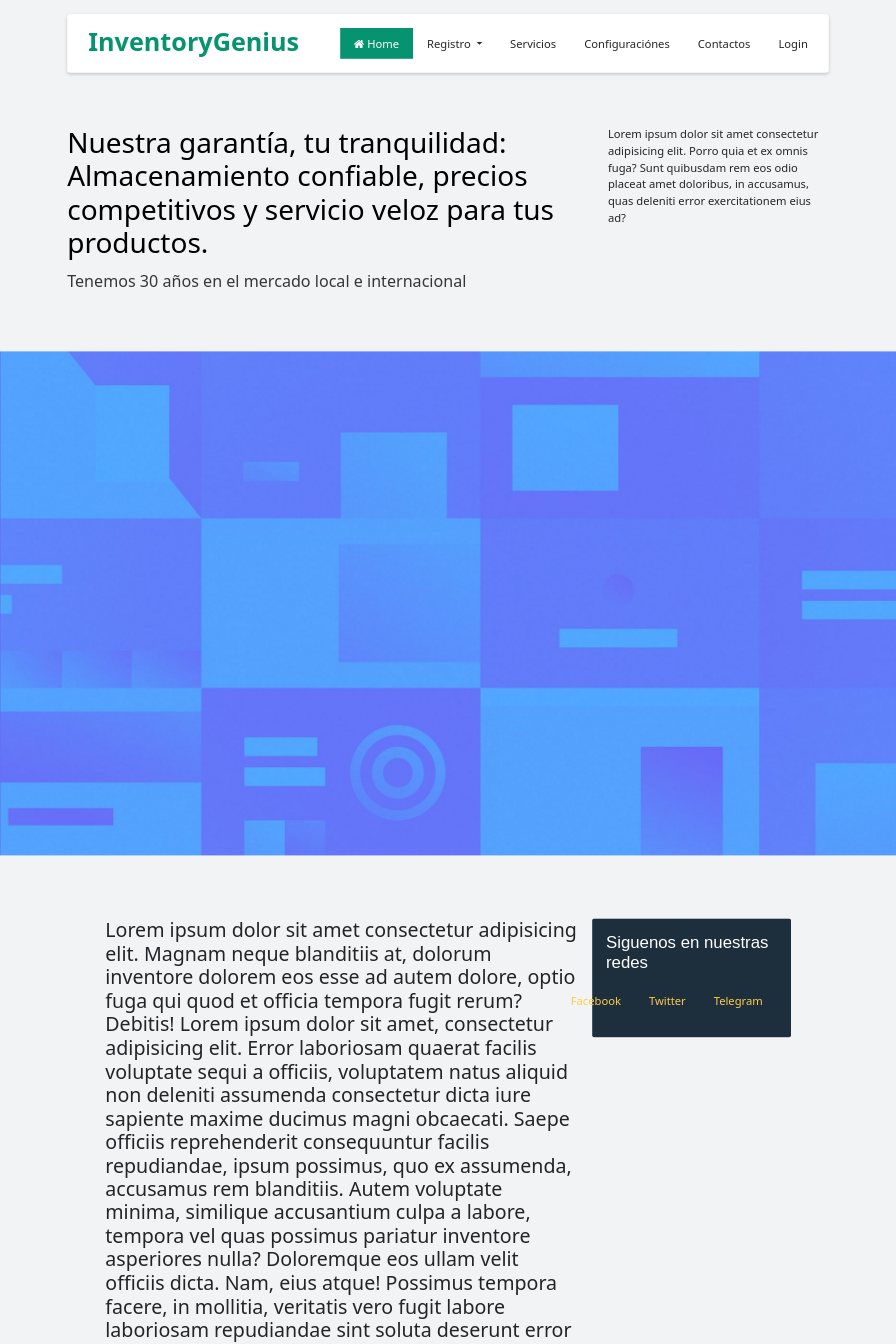
Repository: Sirius018/InventoryGenius
Page: http://localhost/Home
The author's editor kept a copy of each file at every save. The page is drawn from the files as they stood at one save, then again after the next save.
The browser window is 1280 px wide. The pictures show the part of the page from y = 0 to 1920 px (the page is 4127 px tall), at 70% of full size.
The page is this project's Thymeleaf template; nobody is signed in. The template is opened directly, without the code that normally fills it, so the values that code supplies are empty.

Above is the page before, as saved 2023-06-06 19:10:22.

After the next save:
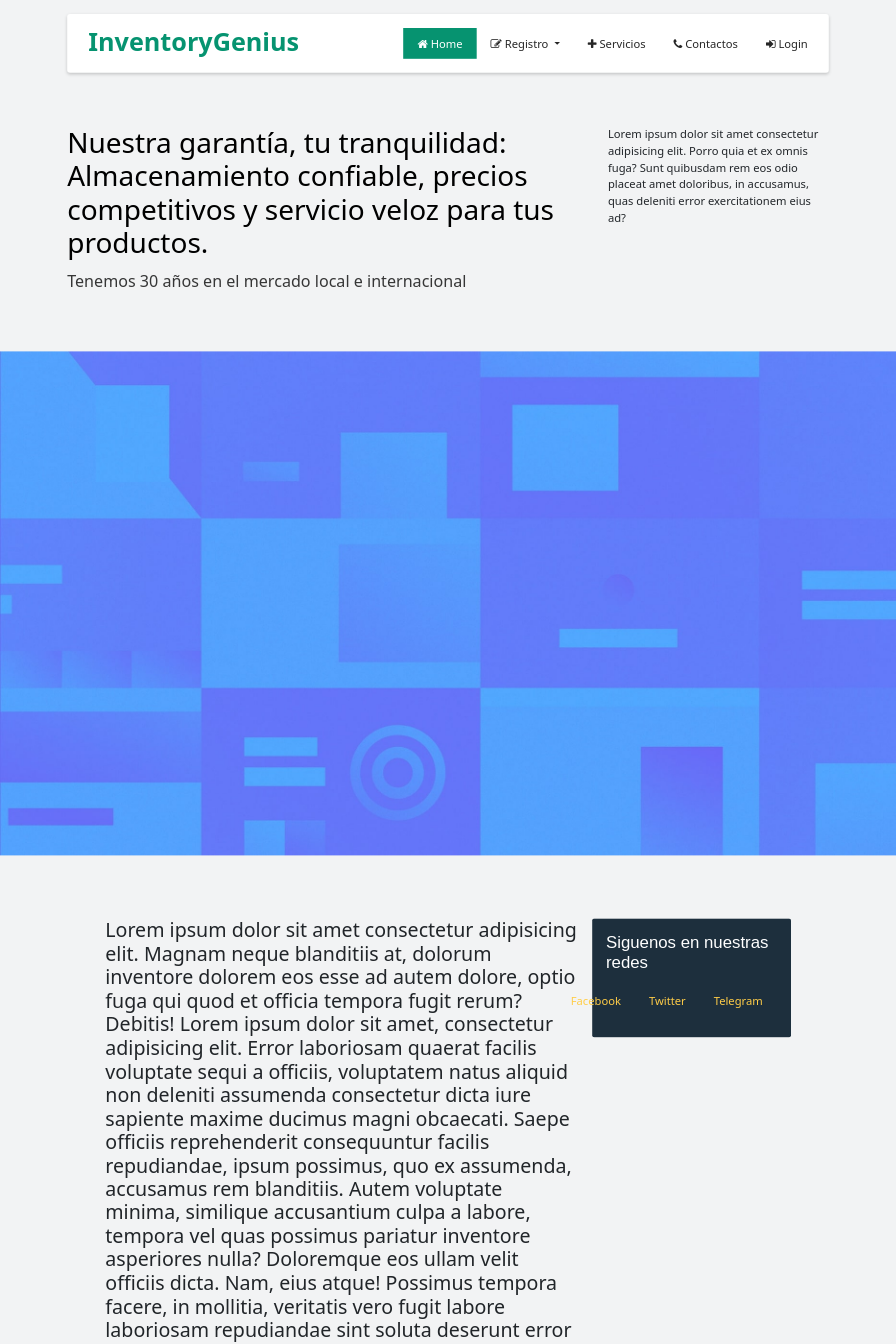
Saved 12 min 6 s later.
--- a/ADW/InventoryGenius/src/main/resources/templates/Home.html
+++ b/ADW/InventoryGenius/src/main/resources/templates/Home.html
@@ -9,7 +9,7 @@
     <link rel="stylesheet" href="path/to/font-awesome/css/font-awesome.min.css">
     <title>Home - Inventory Genius</title>
     <style>
-        /********************************** RESET PROPIEDADES **********************************/
+/********************************** RESET PROPIEDADES **********************************/
 * {
     margin: 0;
     padding: 0;
@@ -121,8 +121,11 @@ nav ul li a.active{
     }
 }
 
-
-
+.dropdown-item:hover{
+    background: #069370;
+    color: #fff;
+    transition: .5s;
+}
 
 
 
@@ -246,7 +249,8 @@ footer{
                     <li><a class="active" href="#"><i class="fa fa-home" aria-hidden="true"></i> Home</a></li>
                     <li class="nav-item dropdown">
                         <a class="dropdown-toggle" href="#" data-bs-toggle="dropdown" aria-expanded="false">
-                          Registro
+                            <i class="fa fa-pencil-square-o" aria-hidden="true"></i>
+                            Registro
                         </a>
                         <ul class="dropdown-menu">
                           <li><a class="dropdown-item" href="#">Proveedores</a></li>
@@ -255,10 +259,9 @@ footer{
 
                         </ul>
                       </li>
-                    <li><a href="#">Servicios</a></li>
-                    <li><a href="#">Configuraciónes</a></li>
-                    <li><a href="#">Contactos</a></li>
-                    <li><a href="">Login</a></li>
+                    <li><a href="#"><i class="fa fa-plus" aria-hidden="true"></i> Servicios</a></li>
+                    <li><a href="#"><i class="fa fa-phone" aria-hidden="true"></i> Contactos</a></li>
+                    <li><a href=""><i class="fa fa-sign-in" aria-hidden="true"></i> Login</a></li>
                 </ul>
             </nav>
             <div class="clearfix"></div>
